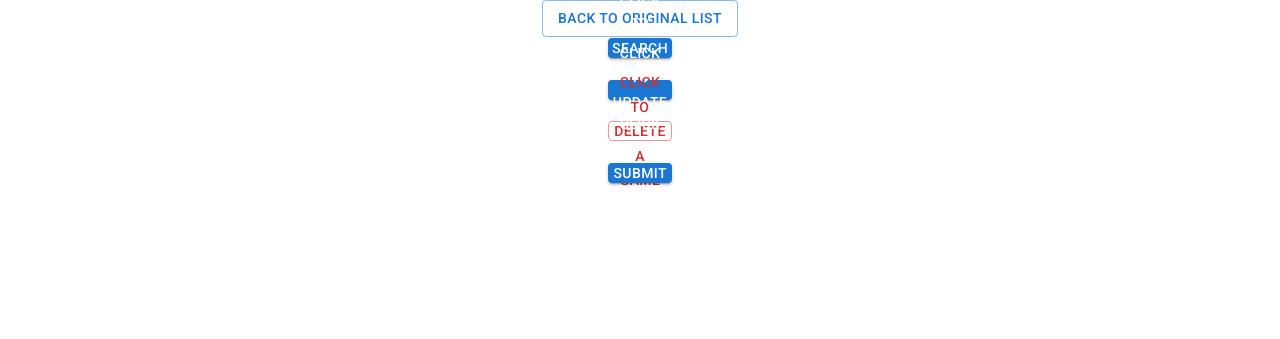
Repository: The-Software-Guild/assessment-2-react-nj10deadend
Page: / (app in Part-2/React-section/frontend/)
These files come from the project's save history. The page is drawn as it stood at one moment and after the next save; the edit follows.
The browser window is 1280 px wide. The pictures show the whole page.
The page's requests for data from a server got no answer. The project was rebuilt for these pictures with package versions that can differ from the ones it lists, and the page was loaded fresh each time. No one was signed in, and anything a server would have sent is missing. Also part of the build but not shown: Part-2/React-section/frontend/src/components/GameCards.js.

Above is the page before, as saved 2021-12-19 23:02:25.

### Part-2/React-section/frontend/public/index.html
<!DOCTYPE html>
<html lang="en">
  <head>
    <meta charset="utf-8" />
    <link rel="icon" href="%PUBLIC_URL%/favicon.ico" />
    <meta name="viewport" content="width=device-width, initial-scale=1" />
    <meta name="theme-color" content="#000000" />
    <meta name="viewport" content="initial-scale=1, width=device-width" />
    <meta
      name="description"
      content="Web site created using create-react-app"
    />
    <link rel="apple-touch-icon" href="%PUBLIC_URL%/logo192.png" />
    <!--
      manifest.json provides metadata used when your web app is installed on a
      user's mobile device or desktop. See https://developers.google.com/web/fundamentals/web-app-manifest/
    -->
    <link rel="manifest" href="%PUBLIC_URL%/manifest.json" />
    <!--
      Notice the use of %PUBLIC_URL% in the tags above.
      It will be replaced with the URL of the `public` folder during the build.
      Only files inside the `public` folder can be referenced from the HTML.

      Unlike "/favicon.ico" or "favicon.ico", "%PUBLIC_URL%/favicon.ico" will
      work correctly both with client-side routing and a non-root public URL.
      Learn how to configure a non-root public URL by running `npm run build`.
    -->
    <link
      rel="stylesheet"
      href="https://fonts.googleapis.com/css?family=Roboto:300,400,500,700&display=swap"
    />
    <link
      rel="stylesheet"
      href="https://fonts.googleapis.com/icon?family=Material+Icons"
    />
    <title>React App</title>
  </head>
  <body>
    <noscript>You need to enable JavaScript to run this app.</noscript>
    <div id="root"></div>
    <!--
      This HTML file is a template.
      If you open it directly in the browser, you will see an empty page.

      You can add webfonts, meta tags, or analytics to this file.
      The build step will place the bundled scripts into the <body> tag.

      To begin the development, run `npm start` or `yarn start`.
      To create a production bundle, use `npm run build` or `yarn build`.
    -->
  </body>
</html>

### Part-2/React-section/frontend/src/index.css
body {
  margin: 0;
  font-family: -apple-system, BlinkMacSystemFont, 'Segoe UI', 'Roboto', 'Oxygen',
    'Ubuntu', 'Cantarell', 'Fira Sans', 'Droid Sans', 'Helvetica Neue',
    sans-serif;
  -webkit-font-smoothing: antialiased;
  -moz-osx-font-smoothing: grayscale;
}

code {
  font-family: source-code-pro, Menlo, Monaco, Consolas, 'Courier New',
    monospace;
}

.imgs {
  height: 300px;
  width: 300px;
  border-radius: 5px;
}
.game-cards {
  border-color: lightblue;
  border-style: outset;
}
.divider {
  border-top: 1px dotted lightblue;
}
.bttns {
  height: 20px;
  width: 20px;
}

#outlined-basic1 {
  height: 7px;
  width: 200px;
}
#outlined-basic2 {
  height: 7px;
  width: 200px;
}
#outlined-basic3 {
  height: 7px;
  width: 200px;
}
#outlined-basic4 {
  height: 7px;
  width: 200px;
}
#outlined-basic5 {
  height: 7px;
  width: 200px;
}
#outlined-basic6 {
  height: 7px;
  width: 200px;
}
#outlined-basic7 {
  height: 7px;
  width: 200px;
}
#outlined-basic8 {
  height: 7px;
  width: 200px;
}

### Part-2/React-section/frontend/src/App.js
import './App.css';
import Home from './components/Home';
import AddGameForm from './components/AddGameForm';
import GameSearch from './components/GameSearch';
import UpdateGame from './components/UpdateGame';
import DeleteGame from './components/DeleteGame';
import axios from 'axios';
import {useState, useEffect} from 'react';
import Container from '@mui/material/Container';
import Typography from '@mui/material/Typography';

// import {Container} from '@mui/material';
import Button from '@mui/material/Button';

function App() {

  const [gameData, setGameData] = useState([]);

  function getFetchGameServer () {
    axios.get(`http://localhost:8080/allGames`)
      .then(res => {
        setGameData(res.data)
      })

  }

  useEffect(getFetchGameServer, []);

  return (
    <Container fluid className="App">


      <Button variant="outlined"onClick={getFetchGameServer}>Back to Original List</Button>
      <GameSearch setGameData={setGameData}/>
      <br></br>
      <UpdateGame getFetchGameServer={getFetchGameServer}/>
      <br></br>
      <DeleteGame getFetchGameServer={getFetchGameServer} />
      <br></br>
      <AddGameForm setGameData={setGameData}/>
      <br></br>


      <Home gameData={gameData}/>

    </Container>

  );
}

export default App;

### Part-2/React-section/frontend/src/components/Home.js
import GameCards from "./GameCards";


function Home ({gameData}) {

    const renderGameData = gameData.map(eachGame => {
        return (
            <GameCards key={eachGame._id} eachGame={eachGame} />
        )
    })
    return (
        <div>
            {renderGameData}

        </div>
    )
}

export default Home;

### Part-2/React-section/frontend/src/components/AddGameForm.js
import {useState, useEffect} from 'react';
import axios from 'axios';
import Button from '@mui/material/Button';
import SendIcon from '@mui/icons-material/Send';
import TextField from '@mui/material/TextField';


function AddGameForm ({setGameData}) {

    const [clicked, setClicked] = useState(false);
    const [submitted, setSubmitted] = useState(false);
    const [name, setName] = useState("");
    const [img, setImg] = useState("");
    const [crossPlatform, setCrossPlatform] = useState("");
    const [price, setPrice] = useState("");
    const [genres, setGenres] = useState(["", "", ""]);
    const buttonText = clicked ? "Hide Submission Form" : "Click to Submit a New Game"

    function postRequest() {
        return axios.post('http://localhost:8080/allGames', {
            name: name,
            img: img,
            cross_platform: crossPlatform,
            price: price,
            genres: genres
        })
        .then(function (response) {
            console.log(response);
            return response.data;
        })
        .catch(function (error) {
            console.log(error);
            return null;
        });
    }

    async function onSubmit(event) {
        event.preventDefault();
        setName("");
        setImg("");
        setCrossPlatform("");
        setPrice("");
        setGenres(["", "", ""]);
        const newGame = await postRequest();
        setGameData((oldInfo)=> {
            // console.log(oldInfo)
            return [...oldInfo, newGame]
        })
    }

    return (
        <div>
            <Button className="bttns" variant="contained" onClick={() => {setClicked(!clicked)}}>{buttonText}</Button>
            {clicked && (
                <form onSubmit={onSubmit}>
                <div>
                    <label for="name">Name</label>
                    <br></br>
                    <br></br>
                    <TextField id="outlined-basic2" label="Enter name"
                    variant="outlined"
                    onChange={(event) => {setName(event.target.value)}}
                    value = {name}
                    />
                </div>
                <div>
                    <label for="img">Image Url</label>
                    <br></br>
                    <br></br>
                    <TextField id="outlined-basic3" label="Enter Image URL"
                    variant="outlined"
                    onChange={(event) => {setImg(event.target.value)}}
                    value = {img}
                    />
                </div>
                <div>
                    <label for="cross platform">Cross Platform</label>
                    <br></br>
                    <br></br>
                    <TextField id="outlined-basic4" label="Enter True or False"
                    variant="outlined"
                    onChange={(event) => {setCrossPlatform(event.target.value)}}
                    value = {crossPlatform}
                    />
                </div>
                <div>
                    <label for="price">Price</label>
                    <br></br>
                    <br></br>
                    <TextField id="outlined-basic5" label="Enter price of game"
                    variant="outlined"
                    onChange={(event) => {setPrice(event.target.value)}}
                    value = {price}
                    />
                </div>
                <div>
                    <label for="genres">Genres</label>
                    <br></br>
                    <br></br>
                    <TextField id="outlined-basic6" label="Enter first genre category"
                    variant="outlined"
                    onChange={(event) => {setGenres([event.target.value, genres[1], genres[2]])}}
                    value = {genres[0]}
                    />
                    <br></br>
                    <br></br>
                    <TextField id="outlined-basic7" label="Enter second genre category"
                    variant="outlined"
                    onChange={(event) => {setGenres([genres[0], event.target.value, genres[2] ])}}
                    value = {genres[1]}
                    />
                    <br></br>
                    <br></br>
                    <TextField id="outlined-basic8" label="Enter third genre category"
                    variant="outlined"
                    onChange={(event) => {setGenres([genres[0], genres[1], event.target.value])}}
                    value = {genres[2]}
                    />

                </div>
                <Button variant="contained" endIcon={<SendIcon />} type="submit">Submit new Game</Button>

            </form>
            )}


        </div>
    )
}

export default AddGameForm;

### Part-2/React-section/frontend/src/components/GameSearch.js
import {useState} from 'react';
import axios from 'axios';
import Button from '@mui/material/Button';
import TextField from '@mui/material/TextField';

function GameSearch ({setGameData}) {

    const [searchId, setSearchId] = useState("");
    const [clicked, setClicked] = useState(false);

    const searchGameText = clicked ? "Hide Search Form" : "Click to Search for a Game"

    function getFetchOneGame () {
        axios.get(`http://localhost:8080/allGames/${searchId}`)
          .then(res => {
            setGameData([res.data])
        })

    }

    function onSearch(event) {
        event.preventDefault()
        setSearchId("");
        getFetchOneGame();
    }

    return (
        <div>
            <Button className="bttns" variant="contained" onClick={() => {setClicked(!clicked)}}>{searchGameText}</Button>
            {clicked && (
                <form onSubmit={onSearch}>
                    <br></br>
                    <TextField id="outlined-basic" label="Search for game by Entering its ID"
                    variant="outlined"
                    onChange={(event) => {setSearchId(event.target.value)}}
                    value = {searchId}
                    />
                    <br></br>
                    <Button variant="outlined" type="submit">Search</Button>
                </form>
            )}
        </div>
    )
}

export default GameSearch;

### Part-2/React-section/frontend/src/components/UpdateGame.js
import {useState} from 'react';
import axios from 'axios';
import Button from '@mui/material/Button';
import Box from '@mui/material/Box';
import TextField from '@mui/material/TextField';
import SendIcon from '@mui/icons-material/Send';



function UpdateGame ({getFetchGameServer}) {
    const [name, setName] = useState("");
    const [img, setImg] = useState("");
    const [crossPlatform, setCrossPlatform] = useState("");
    const [price, setPrice] = useState("");
    const [genres, setGenres] = useState(["", "", ""]);

    const [clicked, setClicked] = useState(false);
    const [searchId, setSearchId] = useState("");

    const updateButtonText = clicked ? "Hide Update Form" : "Click to Update a Game"

    async function patchRequest () {
        await axios.patch(`http://localhost:8080/allGames/update/${searchId}`,  {
            name: name,
            img: img,
            cross_platform: crossPlatform,
            price: price,
            genres: genres
        })
    }

    async function updateChanges (event) {
        event.preventDefault();
        await patchRequest();
        getFetchGameServer();
        setSearchId("");
        setName("");
        setImg("");
        setCrossPlatform("");
        setPrice("");
    }
    return (
        <Box sx={{ borderRadius: '50%' }}>
            <Button className="bttns"variant="contained" onClick={() => {setClicked(!clicked)}}>{updateButtonText}</Button>
            {clicked && (
                <div>
                    <br></br>
                    <form onSubmit={updateChanges}>
                        <div>
                            <label for="game-id">Game ID</label>
                            <br></br>
                            <br></br>
                            <TextField id="outlined-basic1" label="Enter ID of Game you want to update"
                            variant="outlined"
                            onChange={(event) => {setSearchId(event.target.value)}}
                            value = {searchId}
                            />
                        </div>
                        <div>
                            <label for="name">Name</label>
                            <br></br>
                            <br></br>
                            <TextField id="outlined-basic2" label="Enter name"
                            variant="outlined"
                            onChange={(event) => {setName(event.target.value)}}
                            value = {name}
                            />
                        </div>
                        <div>
                            <label for="img">Image Url</label>
                            <br></br>
                            <br></br>
                            <TextField id="outlined-basic3" label="Enter Image URL"
                            variant="outlined"
                            onChange={(event) => {setImg(event.target.value)}}
                            value = {img}
                            />
                        </div>
                        <div>
                            <label for="cross platform">Cross Platform</label>
                            <br></br>
                            <br></br>
                            <TextField id="outlined-basic4" label="Enter True or False"
                            variant="outlined"
                            onChange={(event) => {setCrossPlatform(event.target.value)}}
                            value = {crossPlatform}
                            />
                        </div>
                        <div>
                            <label for="price">Price</label>
                            <br></br>
                            <br></br>
                            <TextField id="outlined-basic5" label="Enter price of game"
                            variant="outlined"
                            onChange={(event) => {setPrice(event.target.value)}}
                            value = {price}
                            />
                        </div>
                        <div>
                            <label for="genres">Genres</label>
                            <br></br>
                            <br></br>
                            <TextField id="outlined-basic6" label="Enter first genre category"
                            variant="outlined"
                            onChange={(event) => {setGenres([event.target.value, genres[1], genres[2]])}}
                            value = {genres[0]}
                            />
                            <br></br>
                            <br></br>
                            <TextField id="outlined-basic7" label="Enter second genre category"
                            variant="outlined"
                            onChange={(event) => {setGenres([genres[0], event.target.value, genres[2] ])}}
                            value = {genres[1]}
                            />
                            <br></br>
                            <br></br>
                            <TextField id="outlined-basic8" label="Enter third genre category"
                            variant="outlined"
                            onChange={(event) => {setGenres([genres[0], genres[1], event.target.value])}}
                            value = {genres[2]}
                            />

                        </div>
                        <Button variant="contained" endIcon={<SendIcon />} type="submit">Submit Changes</Button>

                    </form>
                </div>
            )}


        </Box>
    )
}

export default UpdateGame;

### Part-2/React-section/frontend/src/components/DeleteGame.js
import axios from 'axios';
import {useState} from 'react';
import Button from '@mui/material/Button';
import DeleteIcon from '@mui/icons-material/Delete';
import TextField from '@mui/material/TextField';


function DeleteGame ({getFetchGameServer}) {

    const [searchId, setSearchId] = useState("");
    const [clicked, setClicked] = useState(false);

    const deleteText = clicked ? "Hide Delete Form" : "Click to Delete A Game"

    async function deleteGame () {
        await axios.delete(`http://localhost:8080/allGames/delete/${searchId}`)
    }

    async function onSubmit (event) {
        event.preventDefault();
        await deleteGame();
        getFetchGameServer();
        setSearchId("");

    }
    return (
        <div>
            <Button className="bttns" variant="outlined" color="error" onClick={() => {setClicked(!clicked)}}>{deleteText}</Button>
            {clicked && (
                <form onSubmit={onSubmit}>
                    <br></br>
                    <div>
                    <TextField id="outlined-basic" label="Enter ID of game you want deleted"
                    variant="outlined"
                    onChange={(event) => {setSearchId(event.target.value)}}
                    value = {searchId}
                    />
                    </div>
                    <br></br>
                    <div>
                        <Button type="submit" variant="outlined" color="error" startIcon={<DeleteIcon />}>Delete Game</Button>
                    </div>
                </form>
            )}

        </div>
    )
}
export default DeleteGame;

Loaded but not shown: Part-2/React-section/frontend/src/index.js (common file); Part-2/React-section/frontend/src/reportWebVitals.js (common file); Part-2/React-section/frontend/src/App.css (common file)

After the next save:
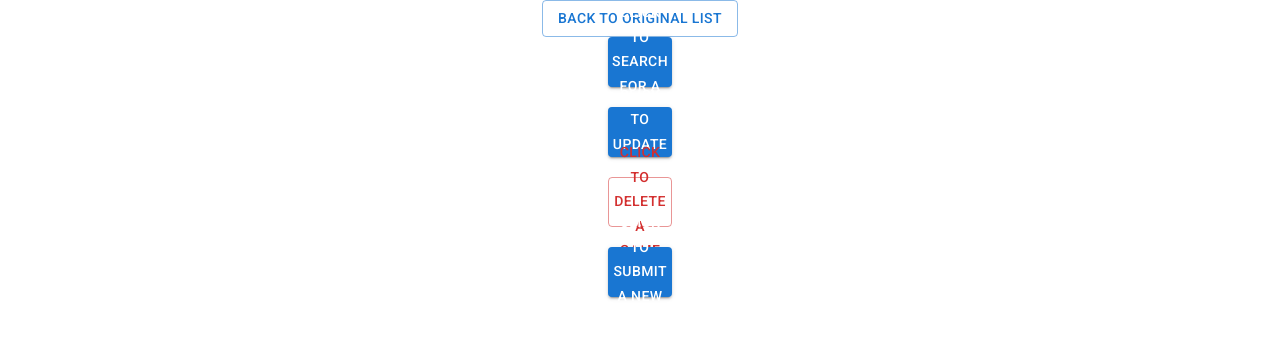
Saved 13 s later.
--- a/Part-2/React-section/frontend/src/index.css
+++ b/Part-2/React-section/frontend/src/index.css
@@ -25,8 +25,8 @@ code {
   border-top: 1px dotted lightblue;
 }
 .bttns {
-  height: 20px;
-  width: 20px;
+  height: 50px;
+  width: 50px;
 }
 
 #outlined-basic1 {
